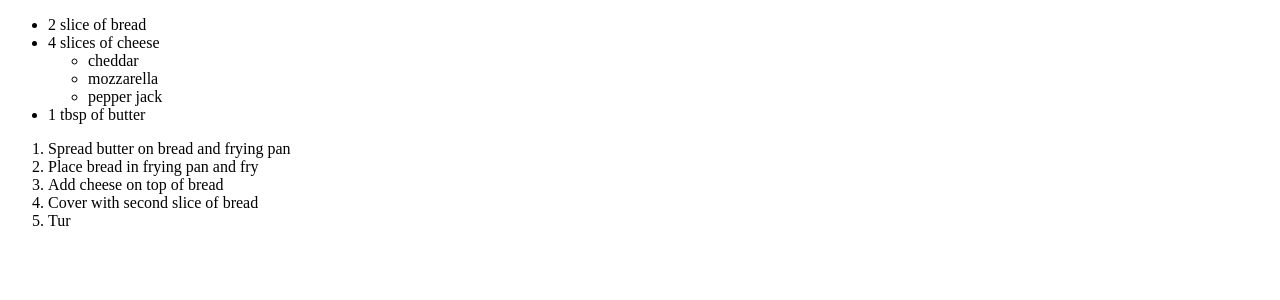
Repository: peterclermy232/phase-0-html-lists-lab
Page: index.html
These files come from the project's save history. The page is drawn as it stood at one moment and after a run of saves; the edit follows.
The browser window is 1280 px wide. The pictures show the whole page.

Above is the page before, as saved 2022-05-29 15:57:30.

After the next 2 saves:
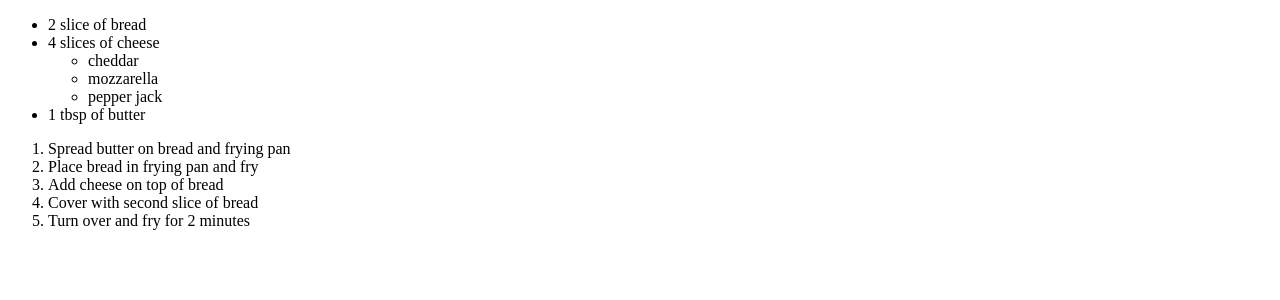
The 2 saves are shown as one change because they came seconds apart.
The last was saved 16 s later.
--- a/index.html
+++ b/index.html
@@ -24,7 +24,7 @@
       <li>Place bread in frying pan and fry</li>
       <li>Add cheese on top of bread</li>
       <li>Cover with second slice of bread</li>
-      <li>Tur</li>
+      <li>Turn over and fry for 2 minutes</li>
     </ol>
   </body>
 </html>
